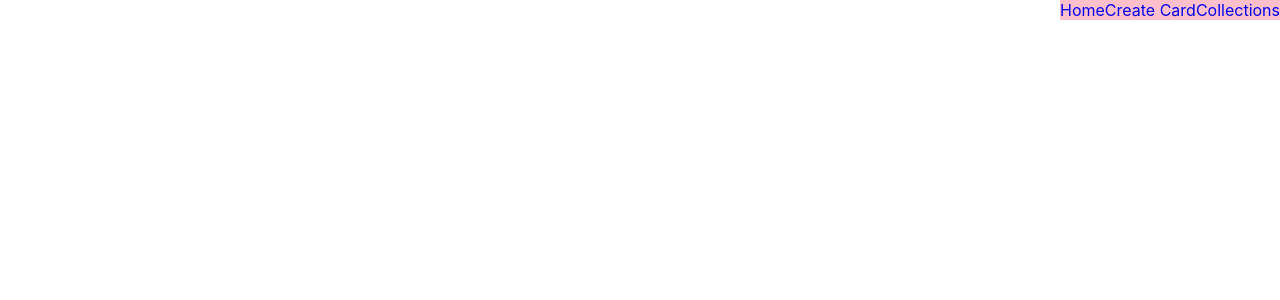
Repository: MikeTroianello/phos-react
Page: /
An editor plug-in stored every save of this project. The page is shown before and after the next save, followed by the edit.
The browser window is 1280 px wide. The pictures show the whole page.
The project was rebuilt for these pictures with package versions that can differ from the ones it lists, and the page was loaded fresh each time. A package was used in the major version that the imports need, not the one package.json lists. Also part of the build but not shown: src/App.css, src/components/card/Card.js.

Above is the page before, as saved 2020-06-02 16:37:13.

After the next save:
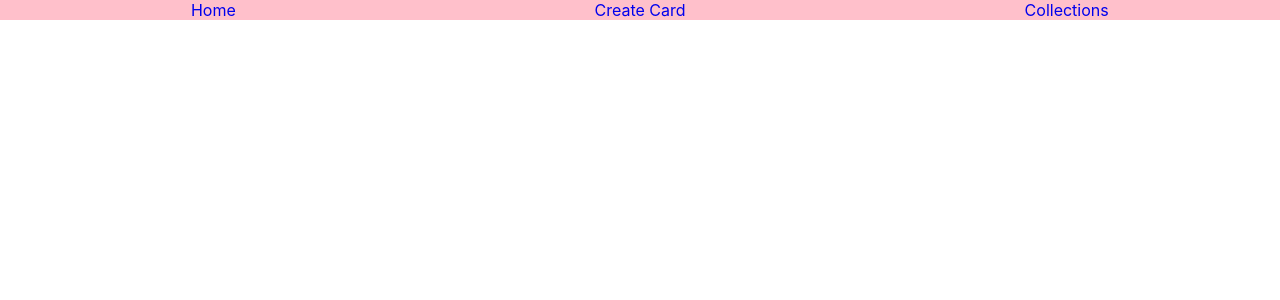
Saved 4 s later.
--- a/src/components/navbar/navbar.css
+++ b/src/components/navbar/navbar.css
@@ -5,9 +5,9 @@
 }
 
 .navbar-container > div {
-  /* width: 40%; */
-  /* display: flex;
-  justify-content: space-around; */
+  width: 40%;
+  display: flex;
+  justify-content: space-around;
   background-color: pink;
 }
 
